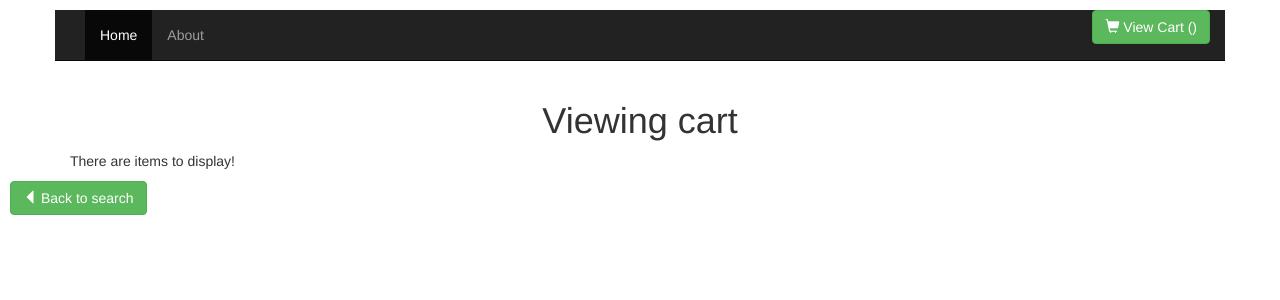
Repository: iancwwong/DigitalBibliographicalLibrary
Page: http://localhost/DigitalBibliographicLibrary/cartpage.jsp
These files come from the project's save history. The page is drawn as it stood at one moment and after the next save; the edit follows.
The browser window is 1280 px wide. The pictures show the whole page.
The page is served by Tomcat 9. The template is opened directly, without the code that normally fills it, so the values that code supplies are empty.

Above is the page before, as saved 2016-08-27 15:58:19.

After the next save:
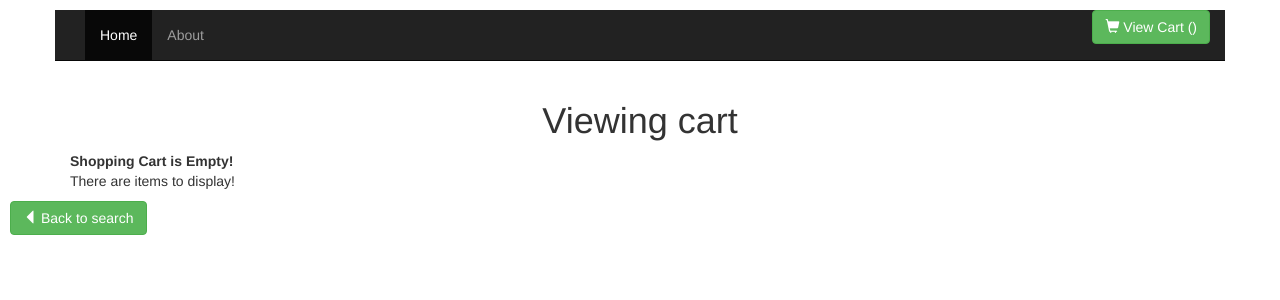
Saved 30 s later.
--- a/DigitalBibliographicLibrary/WebContent/cartpage.jsp
+++ b/DigitalBibliographicLibrary/WebContent/cartpage.jsp
@@ -34,7 +34,7 @@
 		<!--  Check if cart is empty -->
 		<c:choose>
 			<c:when test="${cartPageBean.cart.numItems eq '0'}">
-
+				<strong>Shopping Cart is Empty!</strong>
 			</c:when>
 
 			<c:otherwise>
